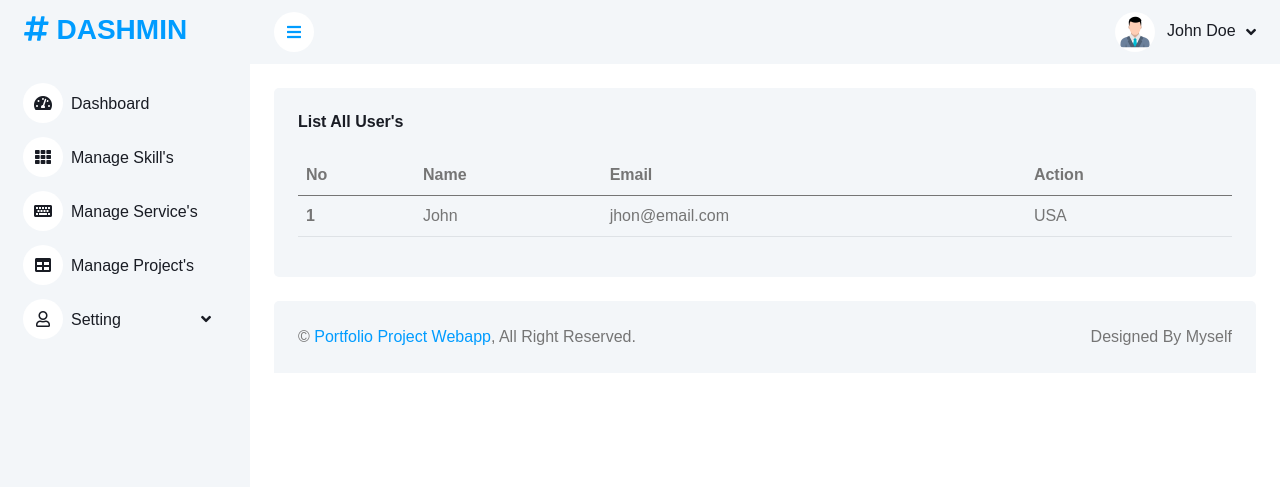
Repository: h4fizm/management-portfolio-project-webapp
Page: http://localhost/manage-user
These files come from the project's save history. The page is drawn as it stood at one moment and after the next save; the edit follows.
The browser window is 1280 px wide. The pictures show the whole page.
Some web fonts or font styles are not loaded; a fallback is used. Some web libraries are served in a nearby version. The page is served by the project's Laravel application, run on PHP 8.4 with Laravel 12. A made-up administrator, Test User (test@example.com), is signed in.

Above is the page before, as saved 2025-01-15 03:20:34.
Console error: TypeError: Cannot read properties of undefined (reading 'getContext')

After the next save:
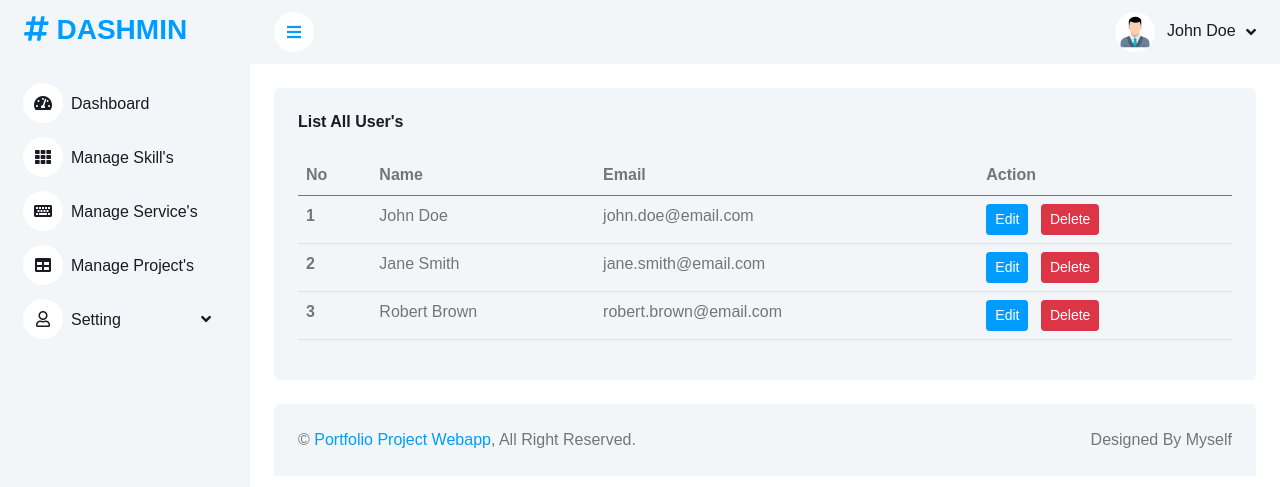
Saved 98 s later.
--- a/resources/views/menu/manage-user.blade.php
+++ b/resources/views/menu/manage-user.blade.php
@@ -16,17 +16,40 @@
                     </tr>
                 </thead>
                 <tbody>
+                    <!-- Data Contoh 1 -->
                     <tr>
                         <th scope="row">1</th>
-                        <td>John</td>
-                        <td>jhon@email.com</td>
-                        <td>USA</td>
+                        <td>John Doe</td>
+                        <td>john.doe@email.com</td>
+                        <td>
+                            <button class="btn btn-sm btn-primary me-2">Edit</button>
+                            <button class="btn btn-sm btn-danger">Delete</button>
+                        </td>
                     </tr>
-
+                    <!-- Data Contoh 2 -->
+                    <tr>
+                        <th scope="row">2</th>
+                        <td>Jane Smith</td>
+                        <td>jane.smith@email.com</td>
+                        <td>
+                            <button class="btn btn-sm btn-primary me-2">Edit</button>
+                            <button class="btn btn-sm btn-danger">Delete</button>
+                        </td>
+                    </tr>
+                    <!-- Data Contoh 3 -->
+                    <tr>
+                        <th scope="row">3</th>
+                        <td>Robert Brown</td>
+                        <td>robert.brown@email.com</td>
+                        <td>
+                            <button class="btn btn-sm btn-primary me-2">Edit</button>
+                            <button class="btn btn-sm btn-danger">Delete</button>
+                        </td>
+                    </tr>
                 </tbody>
             </table>
         </div>
     </div>
-    </div>
+  </div>
 </div>
 @endsection
